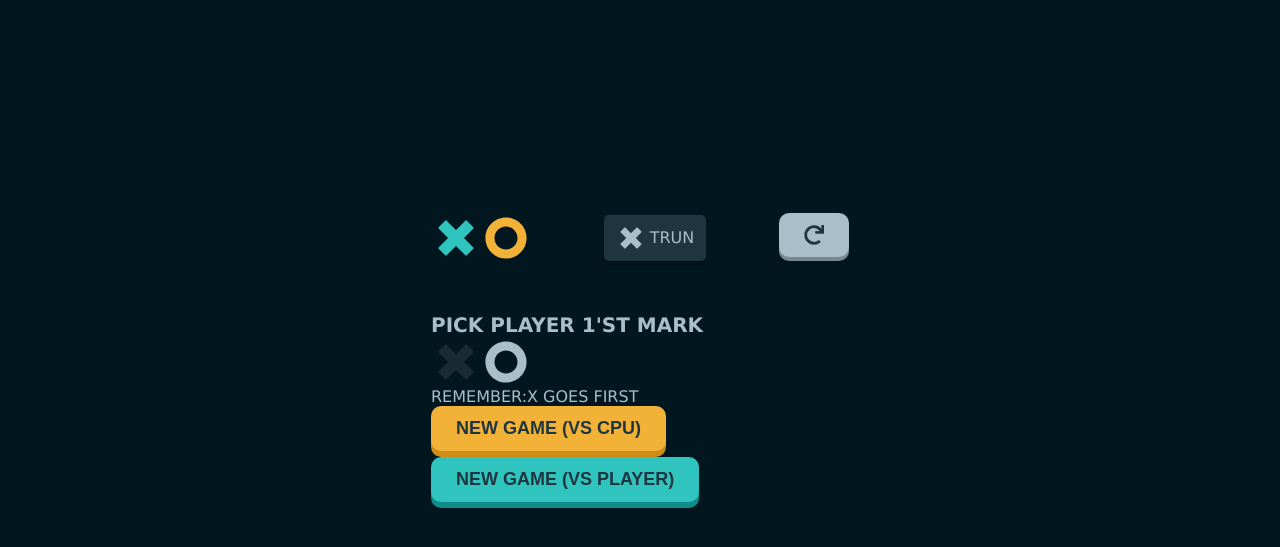
Repository: SD-Mdouka/XO_GAME
Page: /
An editor plug-in stored every save of this project. The page is shown before and after the next save, followed by the edit.
The browser window is 1280 px wide. The pictures show the whole page.
The project was rebuilt for these pictures with package versions that can differ from the ones it lists, and the page was loaded fresh each time. Also part of the build but not shown: src/component/start/Start.js.

Above is the page before, as saved 2022-08-29 15:43:56.

After the next save:
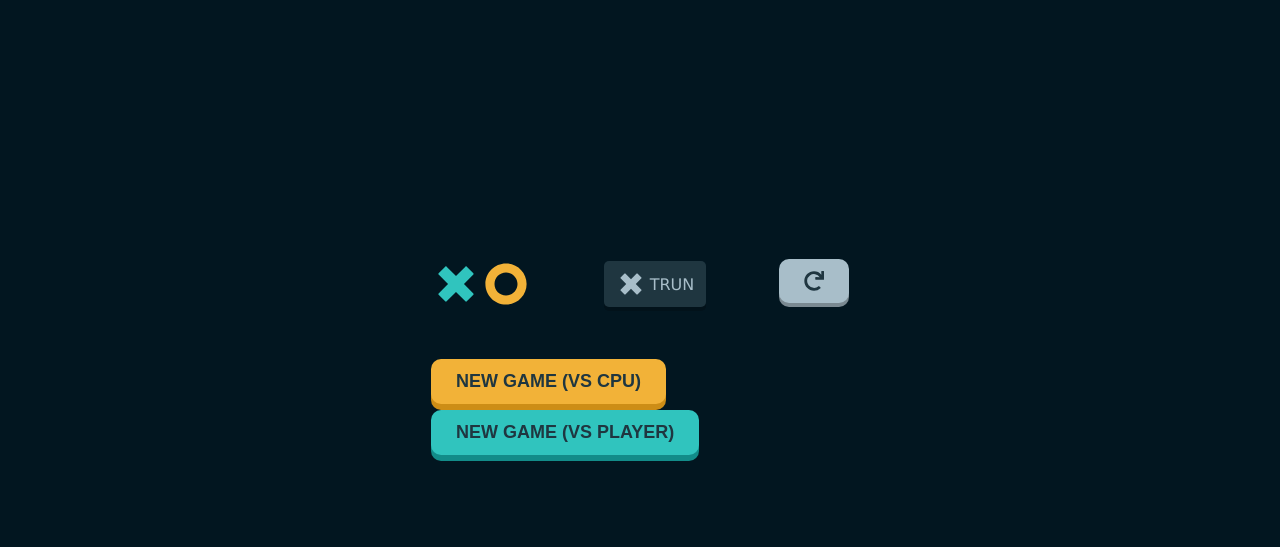
Saved 86 s later.
--- a/src/component/board/Board.js
+++ b/src/component/board/Board.js
@@ -20,18 +20,7 @@ const Board = () => {
           </button>
         </div>
       </div>
-      <div className="board__body">
-        <h1 className="text-lg">Pick Player 1'st mark</h1>
-        <div className="board__players">
-          <span className="board__players--active">
-            <Xicons color={"dark"} />
-          </span>
-          <span>
-            <Oicons color={"light"} />
-          </span>
-        </div>
-        <p className="text-light">remember:x goes first</p>
-      </div>
+      <div className="board__body"></div>
       <div className="board__footer">
         <button className="btn btn-yellow">new game (vs CPU)</button>
         <button className="btn btn-blue">new game (vs Player)</button>
